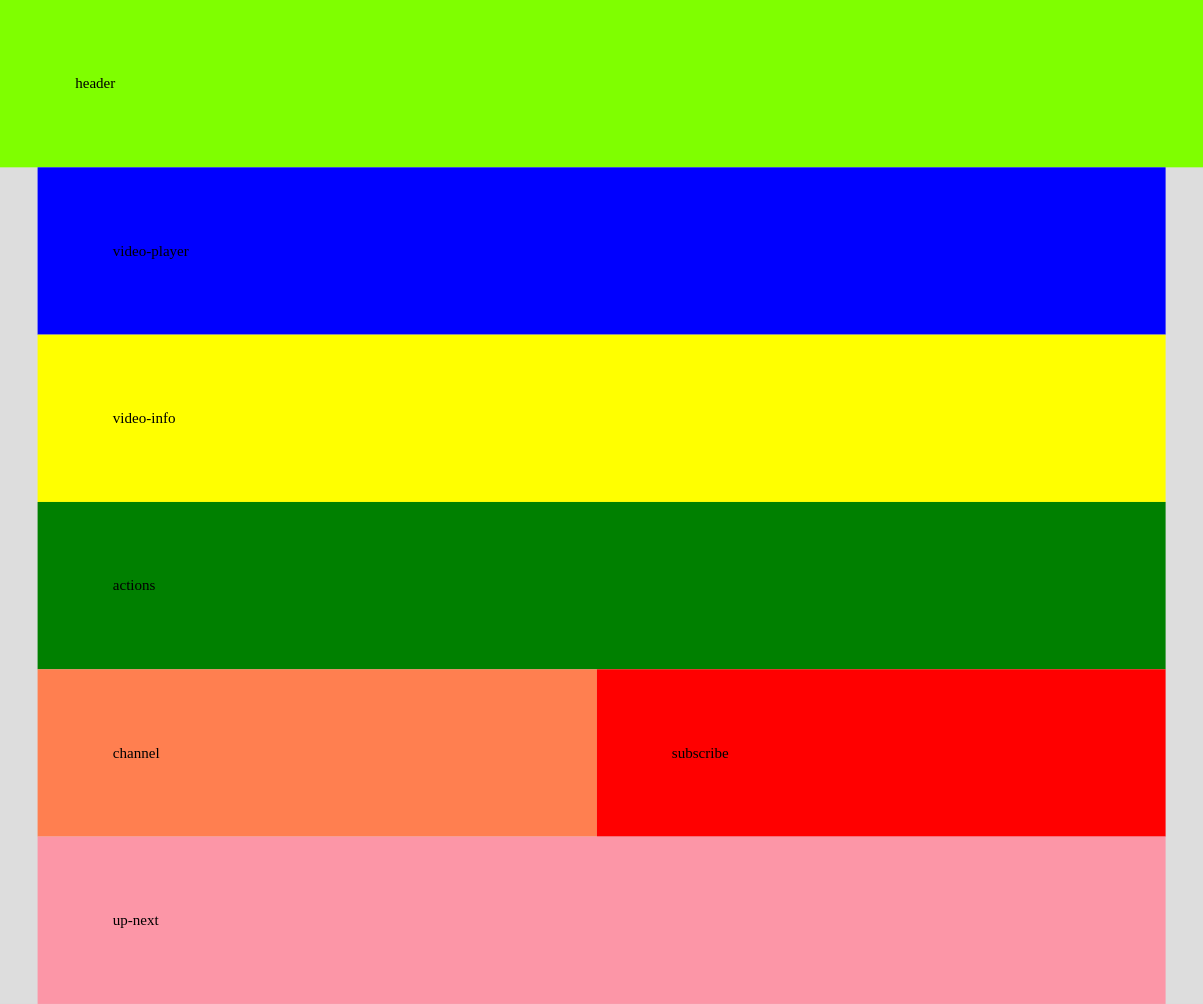
Repository: rafavirginio/clone-do-youtube
Page: index.html
An editor plug-in stored every save of this project. The page is shown before and after the next save, followed by the edit.
The browser window is 1280 px wide. The pictures show the whole page, at 94% of full size.

Above is the page before, as saved 2020-09-28 18:28:10.

After the next save:
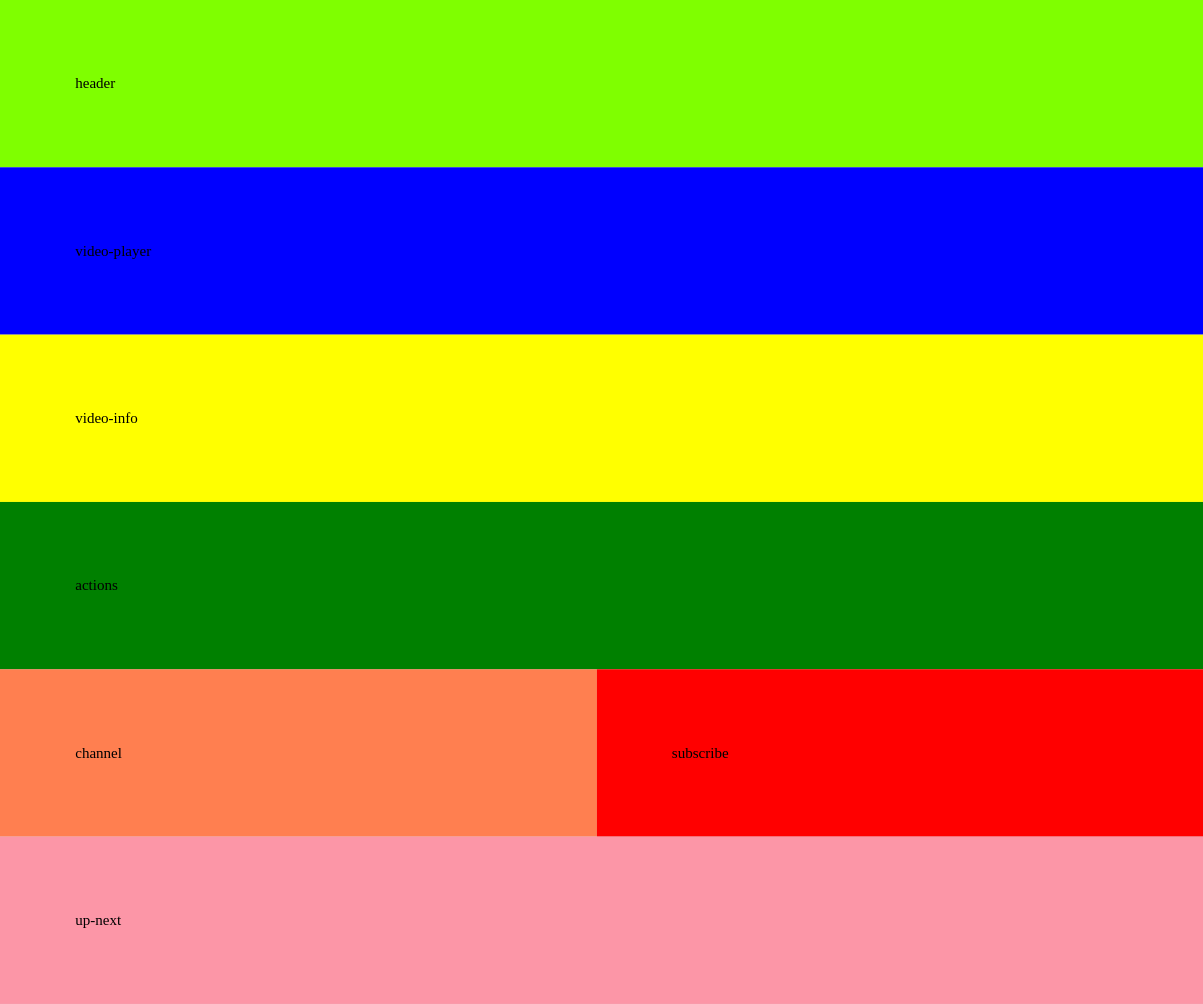
Saved 32 s later.
--- a/style.css
+++ b/style.css
@@ -20,7 +20,6 @@
 }
 
 main {
-    max-width: 1200px;
     margin: auto;
     display: grid;
     /* grid-gap: 1rem; */
@@ -63,4 +62,7 @@
     grid-area: up-next;
 }
 
-@media screen and (min-width 700px) {}
+@media screen and (min-width 700px) {
+    max-width: 1200px;
+    grid-template-areas: "video-player video-player" "video-info video-info" "actions actions" "channel subscribe" "up-next up-next";
+}
